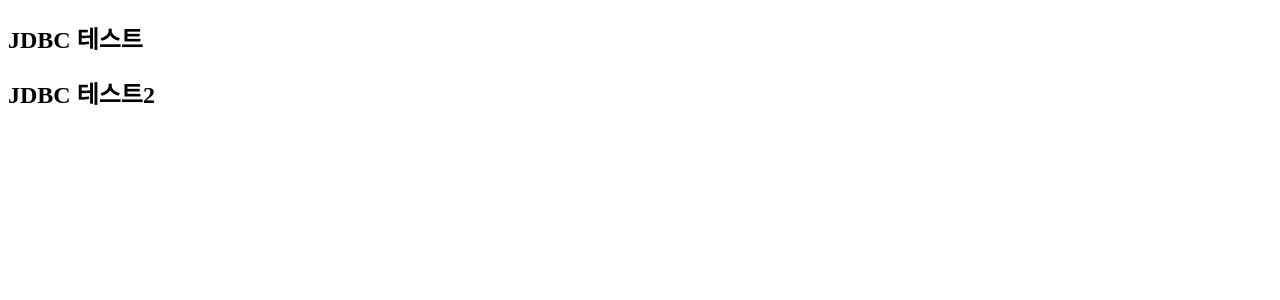
Repository: bluelessman/JSPServlet
Page: http://localhost/ServletStudy/05JDBC/ConnectionTest.jsp
These files come from the project's save history. The page is drawn as it stood at one moment and after the next save; the edit follows.
The browser window is 1280 px wide. The pictures show the whole page.
The page is served by Tomcat 10. Other server files are loaded and not shown.

Above is the page before, as saved 2023-12-13 06:51:23.

### ServletStudy/src/main/webapp/05JDBC/ConnectionTest.jsp
<%@page import="common.JDBConnect"%>
<%@ page language="java" contentType="text/html; charset=UTF-8"
    pageEncoding="UTF-8"%>
<!DOCTYPE html>
<html>
<head>
<meta charset="UTF-8">
<title>JDBC</title>
</head>
<body>
<h2>JDBC 테스트</h2>
<%
JDBConnect jdbc1 = new JDBConnect();
jdbc1.close();
%>
<h2>JDBC 테스트2</h2>
<%
String driver = application.getInitParameter("MySQLDriver");
String url = application.getInitParameter("MySQLURL");
String id = application.getInitParameter("MySQLId");
String pwd = application.getInitParameter("MySQLPwd");
JDBConnect jdbc2 = new JDBConnect(driver,url,id,pwd);
jdbc2.close();
%>
</body>
</html>

### ServletStudy/src/main/java/common/JDBConnect.java
package common;

import java.sql.Connection;
import java.sql.DriverManager;
import java.sql.PreparedStatement;
import java.sql.ResultSet;
import java.sql.Statement;

import jakarta.servlet.ServletContext;

public class JDBConnect {
public Connection con;
public Statement stmt;
public PreparedStatement psmt;
public ResultSet rs;
public JDBConnect() {
	try {
		Class.forName("com.mysql.cj.jdbc.Driver");
		String url = "jdbc:mysql://localhost:3306/musthave";
		String id = "scott";
		String pwd = "tiger";
		con = DriverManager.getConnection(url, id, pwd);
		System.out.println("DB 연결 성공(기본 생성자)");
	}catch (Exception e) {
		// TODO: handle exception
	e.printStackTrace();
	}
}
public JDBConnect(String driver, String url, String id, String pwd) {
	try {
		Class.forName(driver);
		con = DriverManager.getConnection(url, id, pwd);
		System.out.println("DB 연결 성공(인수 생성자 1)");
	} catch (Exception e) {
		// TODO Auto-generated catch block
		e.printStackTrace();
	}
}
public JDBConnect(ServletContext application) {
	try {
		String driver = application.getInitParameter("MySQLDriver");
		Class.forName(driver);

		String url = application.getInitParameter("MySQLURL");
		String id = application.getInitParameter("MySQLId");
		String pwd = application.getInitParameter("MySQLPwd");
		con = DriverManager.getConnection(url, id, pwd);
		System.out.println("DB 연결 성공(인수 생성자 2)");
	} catch (Exception e) {
		// TODO: handle exception
	}
}

public void close() {
	try {
		if(rs!=null) rs.close();
		if(stmt!=null) stmt.close();
		if(psmt!=null) psmt.close();
		if(con != null) con.close();
		System.out.println("JDBC 자원 해제");
	} catch (Exception e) {
		// TODO: handle exception
		e.printStackTrace();
	}
}
}

After the next save:
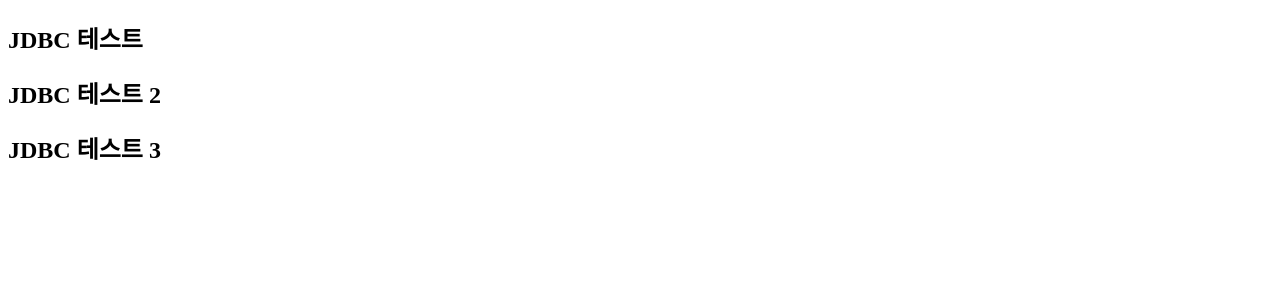
Saved 13 s later.
--- a/ServletStudy/src/main/webapp/05JDBC/ConnectionTest.jsp
+++ b/ServletStudy/src/main/webapp/05JDBC/ConnectionTest.jsp
@@ -13,7 +13,7 @@
 JDBConnect jdbc1 = new JDBConnect();
 jdbc1.close();
 %>
-<h2>JDBC 테스트2</h2>
+<h2>JDBC 테스트 2</h2>
 <%
 String driver = application.getInitParameter("MySQLDriver");
 String url = application.getInitParameter("MySQLURL");
@@ -22,5 +22,10 @@ String pwd = application.getInitParameter("MySQLPwd");
 JDBConnect jdbc2 = new JDBConnect(driver,url,id,pwd);
 jdbc2.close();
 %>
+<h2>JDBC 테스트 3</h2>
+<%
+JDBConnect jdbc3 = new JDBConnect();
+jdbc3.close();
+%>
 </body>
 </html>
